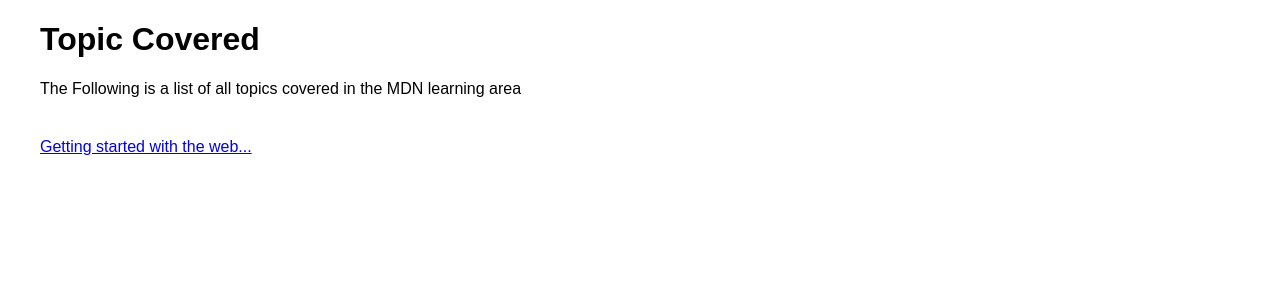
Repository: sriram1224/ReactProjects.github.io
Page: Assignments/Assignment1/index.html
These files come from the project's save history. The page is drawn as it stood at one moment and after the next save; the edit follows.
The browser window is 1280 px wide. The pictures show the whole page.

Above is the page before, as saved 2024-03-01 10:00:46.

After the next save:
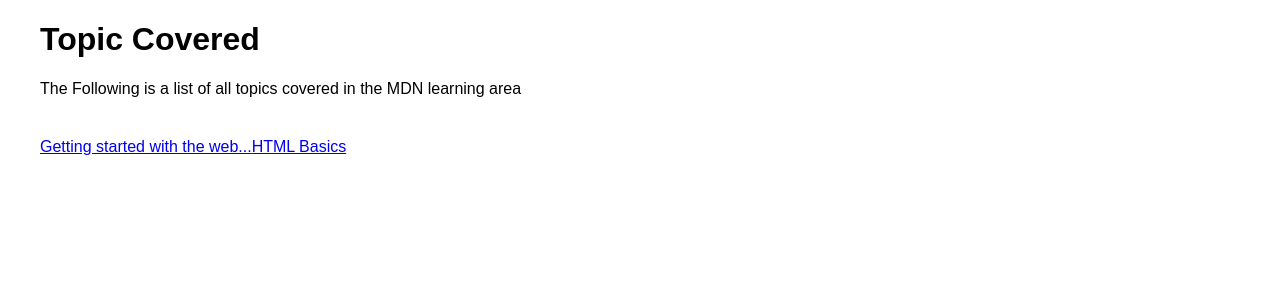
Saved 24 s later.
--- a/Assignments/Assignment1/index.html
+++ b/Assignments/Assignment1/index.html
@@ -44,7 +44,8 @@
       'div',
       null,
       [
-      React.createElement('a', {href: 'http://example.com'}, 'Getting started with the web...')   ]);
+      React.createElement('a', {href: 'http://example.com'}, 'Getting started with the web...'),
+      React.createElement('a', {href: 'http://example.com'}, 'HTML Basics'),]);
 
     const TopicList = () => React.createElement(
       'div',
